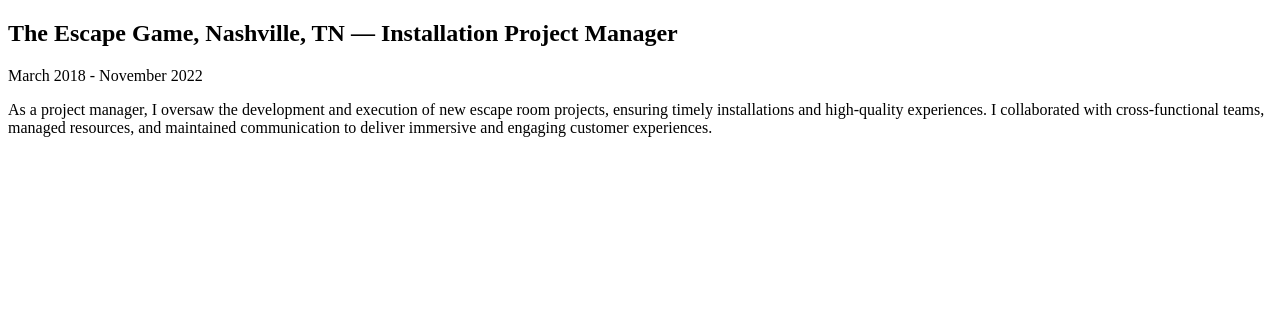
Repository: jgramirez0210/LAB-HTML-Resume
Page: index.html
An editor plug-in stored every save of this project. The page is shown before and after the next save, followed by the edit.
The browser window is 1280 px wide. The pictures show the whole page.

Above is the page before, as saved 2023-10-09 21:23:10.

After the next save:
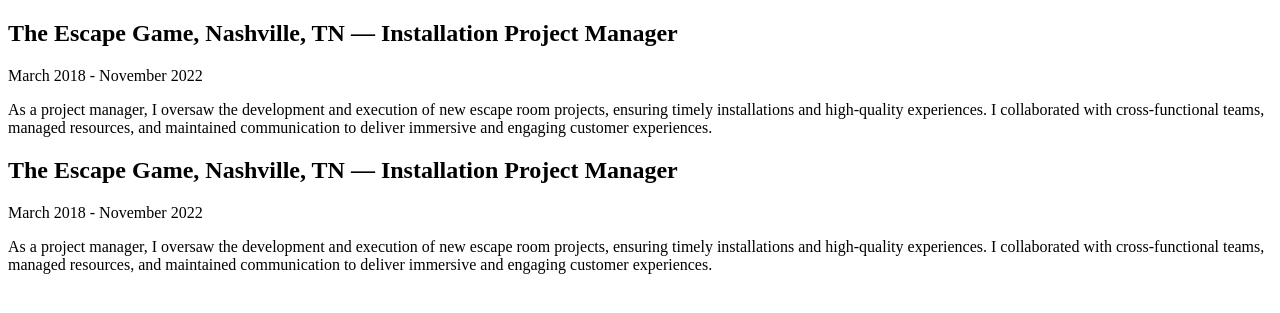
Saved 5 s later.
--- a/index.html
+++ b/index.html
@@ -11,5 +11,10 @@
     <time datetime="2018-03" >March 2018</time> - <time datetime="2022-10" >November 2022</time></time>
     <p>As a project manager, I oversaw the development and execution of new escape room projects, ensuring timely installations and high-quality experiences. I collaborated with cross-functional teams, managed resources, and maintained communication to deliver immersive and engaging customer experiences.</p>
   </article>
+  <article>
+    <h2>The Escape Game, Nashville, TN — Installation Project Manager </h2>
+    <time datetime="2018-03" >March 2018</time> - <time datetime="2022-10" >November 2022</time></time>
+    <p>As a project manager, I oversaw the development and execution of new escape room projects, ensuring timely installations and high-quality experiences. I collaborated with cross-functional teams, managed resources, and maintained communication to deliver immersive and engaging customer experiences.</p>
+  </article>
 </body>
 </html>
